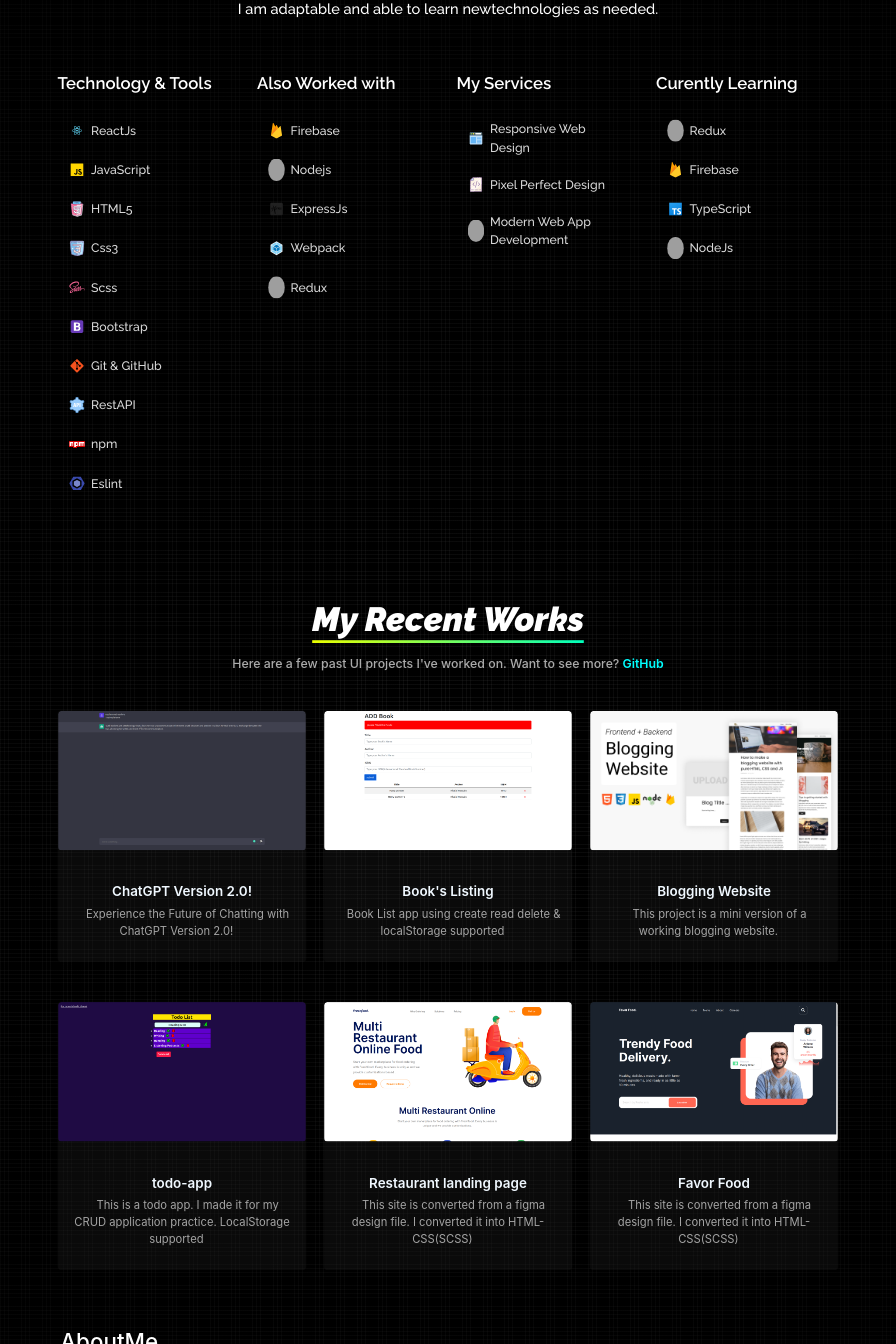
Repository: badhon252/my-portfolio
Page: /
The author's editor kept a copy of each file at every save. The page is drawn from the files as they stood at one save, then again after the next save.
The browser window is 1280 px wide. The pictures show the part of the page from y = 852 to 2772 px (the page is 3774 px tall), at 70% of full size.
The pointer rests on the first visible `.project__title__line`.
Pictures or frames that could not be fetched are drawn as grey boxes. Some web fonts or font styles are not loaded; a fallback is used. The project was rebuilt for these pictures with package versions that can differ from the ones it lists, and the page was loaded fresh each time.

Above is the page before, as saved 2023-02-14 20:33:56.

### public/index.html
<!DOCTYPE html>
<html lang="en">

<head>
    <meta charset="utf-8" />
    <meta name="viewport" content="width=device-width, initial-scale=1.0" />
    <meta name="theme-color" content="#000000" />
    <link rel=" stylesheet " href=" https://cdnjs.cloudflare.com/ajax/libs/font-awesome/6.2.1/css/all.min.css ">
    <!-- For google search engines  -->
    <meta name="google-site-verification" content="pFRaVUB3Vqtpp7CYJiHCBl35aQ6s2zmKJ89Zh2XF5rQ" />
    <meta name="description"
        content="I'm Khalid Hossain Badhon, I'm a experienced Frontend Web Application developer with more than 2years of hands on experienced. Front-end engineers, Front-end development, reactjs developer, javascript developer" />
    <!--  Bootstap== -->
    <link rel=" stylesheet " href=" https://cdn.jsdelivr.net/npm/bootstrap@5.3.0-alpha1/dist/css/bootstrap.min.css ">

    <!-- Google fonts  -->
    <link rel="stylesheet"
        href="https://fonts.googleapis.com/css2?family=Raleway:ital,wght@0,300;0,400;0,500;0,600;0,700;0,800;0,900;1,500;1,600;1,900&display=swap">

    <title>Khalid Hossain Badhon | Frontend Developer</title>
</head>

<body>
    <div id="root"></div>

    <script src=" https://cdn.jsdelivr.net/npm/bootstrap@5.3.0-alpha1/dist/js/bootstrap.bundle.min.js "></script>
    <!-- <script src=" https://platform.linkedin.com/badges/js/profile.js " async defer type=" text/javascript "></script> -->

</body>

</html>

### src/index.css
* {
    margin: 0;
    padding: 0;
    box-sizing: border-box;
}

html {
    --scrollbarBG: #2f2f2f;
    --thumbBG: #808080;
}

body {
    margin: 0;
    font-family: -apple-system, BlinkMacSystemFont, 'Segoe UI', 'Roboto', 'Oxygen', 'Ubuntu', 'Cantarell', 'Fira Sans', 'Droid Sans', 'Helvetica Neue', sans-serif;
    -webkit-font-smoothing: antialiased;
    -moz-osx-font-smoothing: grayscale;
    background-color: #000000;
    background-image: radial-gradient(circle at center center, transparent 0%, rgb(0, 0, 0) 99%), repeating-linear-gradient(0deg, rgba(163, 163, 163, 0.07) 0px, rgba(163, 163, 163, 0.07) 1px, transparent 1px, transparent 6px), repeating-linear-gradient(90deg, rgba(163, 163, 163, 0.07) 0px, rgba(163, 163, 163, 0.07) 1px, transparent 1px, transparent 6px), linear-gradient(90deg, rgb(0, 0, 0), rgb(0, 0, 0));
    color: #ffffff;
    scrollbar-width: thin;
    scrollbar-color: var(--thumbBG) var(--scrollbarBG);
}

body::-webkit-scrollbar {
    width: 12px;
}

body::-webkit-scrollbar-track {
    background: var(--scrollbarBG);
}

body::-webkit-scrollbar-thumb {
    background-color: var(--thumbBG);
    border-radius: 6px;
    border: 3px solid var(--scrollbarBG);
}

### src/Components/Home/Home.jsx
import AboutMe from "./AboutMe/AboutMe";
// import Footer from "./Footer/Footer";
import Header from "./Header/Header";
import Projects from "./Project/Projects";
import Skill from "./Skill/Skill";


export default function Home() {
  return (
    <div id="home">
        <Header />
        <Skill/>
        <Projects/>
        <AboutMe/>
        {/* <Footer/> */}

    </div>
  )
}

### src/Components/Home/Header/Header.jsx
import React from 'react'
import HeaderContent from './HeaderContent/HeaderContent'
import Navbar from './Navbar/Navbar'
import Classes from './Header.module.css'

export default function Header() {
  return (
    <header className={Classes.header}>
      <Navbar/>
      <HeaderContent/>
    </header>
  )
}

### src/Components/Home/Skill/Skill.jsx
import "./Skill.css"
import SkillSet from "./SkillSet";
const SkillEfficiency = () => {
    return (
       <section id="skill" >
        <div className="container">
            <div className="d-flex justify-content-center">
                    <h1 className="skillSet__title"> My Skills Set </h1>
            </div>
            <div className="skillSet__title__line">
                <div className="skillSet__title__line__inner">
                    I'm a experienced Frontend Web Application developer with more than 2 years of hands on experience. <br />
                    I am adaptable and able to learn newtechnologies as needed.
                </div>
            </div>
            <SkillSet/>
        </div>
       </section>
    );
}

export default SkillEfficiency;

### src/Components/Home/AboutMe/AboutMe.css
#about {
    padding: 2rem 1rem;
    min-height: 100vh;
}

#about p {
    font-size: 1.2em;
    font-weight: 500;
    margin-bottom: 1rem;
    color: rgba(255, 255, 255, 0.568);
    line-height: 1.3;
    letter-spacing: -1px;
}

#about h1 {
    color: #fcfcfc;
    font-size: 2.5em;
}

#about p:hover {
    color: #fcfcfc;
    cursor: text;
}

.aboutMe_titile::after {
    content: "";
    display: block;
    position: relative;
    top: -13px;
    width: 30vw;
    height: 1px;
    margin-left: 200px;
    background-color: rgba(9, 250, 227, 0.63);
}


/* Hometown ======== */

.homeTown_title {
    font-size: 1.3em;
    font-weight: 600;
    color: aquamarine;
    font-weight: 600;
}


/* .homeTown_title i {
    color: rgb(255, 255, 255);
    font-size: 1.2rem;
    width: 100%;
} */


/* edu ========== */

.crt_title,
.edu_title {
    font-size: 1.3em;
    font-weight: 600;
    color: aquamarine;
}

#about h4 {
    font-size: 1em;
    font-weight: 500;
    color: rgb(206, 255, 239);
    line-height: 1.5;
}

#about h4 span {
    color: rgb(88, 126, 111);
}

#about h4 span:hover {
    color: rgb(255, 255, 255);
}

#about h4 a {
    color: rgb(88, 126, 111);
    text-decoration: none;
}

### src/Components/Home/Header/HeaderContent/HeaderContent.jsx
import Badhon from "../../../../Assets/Images/badhon-color.png";
import HeroSection from './HeroSection'
import Classes from "./Header.module.css";

export default function HeaderContent() {
  return (
      <div className="container" >
        <div className={Classes.headerContainer}>

          <div className="row my-5" >
              <div className="col-md-4">
                <img src={Badhon} alt="Badhon" className="img-fluid w-100 px-2" />
              </div>
              <div className="col-md-8 py-5 d-flex flex-column">
                <HeroSection />
              </div>
          </div>
        </div>
      </div>
  )
}

### src/Components/Home/Header/Navbar/Navbar.jsx
import "./Navs/Navs.css"
import "./Navbar.css"
import Nav from './Navs/Nav/Nav'
// import NavbarBrand from './NavbarBrand/NavbarBrand'
// import LinkedIn from './Navs/LinkedIn/LinkedIn'
// import GitHub from './Navs/GitHub/Github'

export default function Navbar() {
  return (
    <div className='navBar borderBottom container-fluid'>
            <Nav/>
         {/* <div className='navBar'>
            <LinkedIn/>
            <GitHub/>
         </div> */}
    </div>
  )
}

### src/Components/Home/Header/Header.module.css
.header {
    color: aliceblue;
    padding: 0 1rem;
}

### src/Components/Home/Project/ProjectCard.jsx
import CardImgLink from "./Card_img__link"
import "./Projects.css"

export default function ProjectCard(props) {

  function stacks(){
    return props.stack.map((item, index) => {
      return <span className="stack" key={index}>#{item}</span>
    })
  }

  return (
    <div className="card my-1" id="card">
          <div className="card-img">
            <a href={props.preview} >
              <img src={props.img} className="card-img-top img-fluid" alt={props.title}/>
              <CardImgLink preview={props.preview} link={props.link}/>
            </a>
          </div>
        <div className="card-body">
          <div className="stacks">
             {stacks()}
          </div>

            <h5 className="card-title my-2">{props.title}</h5>
            <span className="card-text py-5 px-3">{props.text}</span>

        </div>
    </div>
  )
}

### src/Components/Home/Project/Projects.css
 #card {
     background-color: #2c2d2c3a;
     /* width: 18rem */
     overflow: hidden;
     color: aliceblue;
     position: relative;
     text-align: center;
     transition: .4s;
 }

 #card:hover {
     /* width: 18rem */
     overflow: hidden;
     text-align: center;
     box-shadow: 5px 5px 50px rgba(53, 255, 3, 0.193);
     transform: translateY(-25px);
 }

 #card:hover span {
     color: aliceblue;
 }

 .card-img {
     overflow: hidden;
 }

 .img-fluid {
     border-radius: 0%;
     width: 100%;
     height: 100%;
     object-fit: cover;
     object-position: center;
     transition: 0.5s;
 }

 #card:hover .card-img-top {
     border-radius: 0;
     transform: scale(1.1);
 }
 /* Path: src/Components/Home/Project/Projects.css */

 .project__title {
     color: rgba(255, 255, 255, 0.664);
     text-align: center;
 }

 .project__title-text h1 {
     font-family: 'Raleway', sans-serif;
     font-size: 3em;
     font-weight: 900;
     font-style: italic;
     margin-bottom: 1rem;
     color: #fff;
     margin-top: 70px;
     display: inline-block;
 }

 .project__title-text h1::after {
     content: "";
     display: block;
     height: 4px;
     transition: .5s;
     width: 0;
     background-image: linear-gradient(90deg, rgb(234, 255, 0) 0%, rgb(0, 255, 187) 100%);
 }

 #projects:hover .project__title-text h1::after {
     width: 100%;
 }

 .project__title__line {
     font-weight: 500;
     font-size: 1.1rem;
 }

 .project__title__line a {
     color: cyan;
     text-decoration: none;
     font-weight: 600;
 }

 .project__title__line a::after {
     content: "";
     display: block;
     height: 2px;
     transition: .5s;
     width: 0;
     background-image: linear-gradient(90deg, rgb(234, 255, 0) 0%, rgb(0, 255, 187) 100%);
 }

 .project__title__line:hover a::after .project__title__line a:hover {
     color: #1da5ff;
     text-decoration: underline;
 }

 .card_img__link {
     align-items: center;
     background-color: rgba(0, 0, 0, 0.332);
     border-radius: 5px;
     display: flex;
     justify-content: flex-end;
     position: absolute;
     right: 0;
     top: 0;
     bottom: 0;
     left: 0;
     transition: .5s;
     opacity: 0;
 }

 #card:hover .card_img__link {
     opacity: 1;
 }

 .card_img__link a {
     color: #dbdbdb;
     text-decoration: none;
     font-weight: 700;
     margin: 0 .5rem;
 }

 .card_img__link a:hover {
     color: #eae8ff;
     text-decoration: none;
     font-weight: 700;
 }

 .card_img__link i {
     color: #fff;
 }

 .card_img__link i:hover {
     color: rgb(0, 157, 255);
 }
 /* .githubIcon {
    right: 5px;
}

.redirect {
    max-width: 40px;
    margin-top: 6px;
    color: #0099ff;
} */

 .card-body {
     z-index: 111;
     padding-bottom: 2rem;
 }

 .card-body h5 {
     font-size: 1.2rem;
     font-weight: 600;
     margin: 0;
 }

 .card-body .stacks {
     margin: 0;
     opacity: 0;
     transition: 0.5s;
 }

 #card:hover .stacks {
     opacity: 1;
 }

 .card-body .stack {
     display: inline;
     font-size: .8rem;
     font-weight: 600;
     color: #ffffff;
     background-color: rgb(73, 73, 73);
     margin: .1rem;
     border-radius: 5px;
     text-align: left;
 }

 .card-text {
     color: #dbdbdbbb;
 }

 .card-text:hover {
     color: #eae8ff;
 }

### src/Components/Home/Skill/Skill.css
/* .skills {
    margin: 4rem 0 2rem 0;
    display: flex;
    justify-content: space-around;
    flex-wrap: wrap;
    gap: 2rem;
    height: 80vh;
    overflow: hidden;
} */

#skill {
    min-height: calc(100vh - 70px);
    font-family: 'Raleway', sans-serif;
}

.skillSet__title__text h2 {
    font-size: 1.5em;
    font-weight: 600;
    margin-bottom: 1rem;
    display: inline-block;
}

.skillSet__title__text h2::after {
    content: "";
    display: block;
    height: 4px;
    transition: .5s;
    width: 0;
    background: rgb(255, 14, 118);
}

.skillSet:hover .skillSet__title__text h2::after {
    width: 100%;
}

.skillSet li {
    list-style-type: none;
    margin: 0.5rem 1rem;
    color: #ffffffda;
    transition: .4s;
    display: flex;
    align-items: center;
    padding: .5rem 0;
    font-size: 1.1em;
    font-weight: 500
}

.skillSet li img {
    width: 1.5rem;
    margin-right: 0.5rem;
}

.skillSet:hover li {
    color: #ffffff;
    transform: translateY(-5px);
}

.skillSet:hover li img {
    transform: scale(1.2);
}


/* .skillSet:hover {
    background: linear-gradient(90deg, rgba(9, 255, 5, 0.5) 0%, rgba(255, 0, 0, 0.5) 100%);
    box-shadow: 0 0 10px 0 rgba(255, 255, 255, 0.5);
} */

.skillSet__title {
    font-weight: 900;
    font-style: italic;
    font-size: 3em;
    margin-top: 70px;
}

.skillSet__title::after {
    content: "";
    display: block;
    height: 4px;
    transition: .6s;
    width: 0;
    background: linear-gradient(202deg, rgb(5, 255, 1) 20%, rgb(255, 14, 118) 50%, rgb(0 4 255) 100%);
}

#skill:hover .skillSet__title::after {
    width: 100%;
}

.skillSet__title__line {
    font-size: 1.3rem;
    font-weight: 800;
    color: rgba(255, 255, 255, 0.63);
    text-align: center;
    margin: 1rem 0;
}

.skillSet__title__line__inner {
    font-family: 'Raleway', sans-serif;
    margin: 1.3em 0 3em 0;
    font-size: 1em;
    font-weight: 500;
    line-height: 1.5;
    color: #ffffff;
}

.skillSet {
    margin: 1rem 0;
}


/* Generated code  */


/* .wave-container {
    height: 40vh;
    background-color: #000000;
    position: relative;
}

.wave-container::before {
    content: "";
    width: 100%;
    height: 135px;
    position: absolute;
    bottom: -0.3%;
    left: 0;
    background-size: auto;
    background-repeat: repeat no-repeat;
    background-position: 54vw bottom;
    background-image: url("data:[embedded picture, 356 characters]");
}

@media(max-width:850px) {
    .wave-container::before {
        height: 67.5px
    }
} */

### src/Components/Home/Header/HeaderContent/HeroSection.jsx
import Classes from "./Header.module.css";
// import Name from "./Name";

export default function HeroSection() {
  return (
    <div className={Classes.heroSection}>
          <h2 className={Classes.h2}>Hi, I'm</h2>
          <h1 className={Classes.myName}>
            <span>
              Khalid Hossain.
            </span>
          </h1>
          {/* <Name/> */}
          <div className={Classes.bio}>
            I’m a <span>Frontend Developer with a constant desire to grow, learn, and explore the world!</span> Passionate about crafting intuitive and engaging user experiences,
            I am always looking for new challenges and opportunities to grow as an engineer.
          </div>

          <a className={Classes.resume} href="https://drive.google.com/file/d/1dNWfd7X8CYs_9THDZo58HHKVKzD8WfeY/view?usp=share_link" target="_blank" rel="noreferrer">
              See my Resume <i className="fa-solid fa-arrow-up-right-from-square"></i>
          </a>

    </div>
  );
}

### src/Components/Home/Header/Navbar/Navs/Navs.css
.flexRow {
    display: flex;
    justify-content: space-between;
    align-items: center;
    flex-wrap: wrap;
    gap: 2rem;
}

.me_1 {
    margin-right: 1rem;
}

img {
    width: 2rem;
    height: 2rem;
    border-radius: 50%;
}

.navbar-brand {
    /* background: #FFFF00;
    background: linear-gradient(to left, #FFFF00 0%, #05C1FF 50%, #FFFF00 100%);
    -webkit-background-clip: text;
    -webkit-text-fill-color: transparent; */
    color: aqua;
    font-size: 1.5rem;
    font-weight: 600;
    text-decoration: none;
    font-family: "Poppins", sans-serif;
}

### src/Components/Home/Header/Navbar/Navbar.css
.boxShadow {
    -webkit-box-shadow: 0px 22px 40px -37px rgba(255, 255, 255, 1);
    -moz-box-shadow: 0px 22px 40px -37px rgba(255, 255, 255, 1);
    box-shadow: 0px 22px 40px -37px rgba(255, 255, 255, 1);
}

.borderBottom {
    border-bottom: 1px solid #f6f6f612;
}

### src/Components/Home/Header/Navbar/Navs/Nav/Nav.jsx
import logo from "../../../../../../Assets/icons/logo.svg"
import SocialIcons from "../../../../Icons/SocialIcons"
import "./../Navs.css"
import "./Nav.css"

export default function Nav() {

  return (
    <nav className="navbar navbar-expand-lg">
      <div className="container-fluid">
        <a className="navbar-brand" href="#home">
          <img className="img-fluid" src={logo} alt="@badhon252" />
        </a>
        <button className="navbar-toggler" type="button" data-bs-toggle="collapse" data-bs-target="#navbarNav" aria-controls="navbarNav" aria-expanded="false" aria-label="Toggle navigation">
          <i className="fa-solid fa-bars"></i>
        </button>
        <div className="collapse navbar-collapse" id="navbarNav">
          <ul className="navbar-nav mx-auto">
            <li className="nav-item">
              <a className="nav-link" aria-current="page" href="#home"><i className="fa-solid fa-house"></i> Home</a>
            </li>
            <li className="nav-item">
              <a className="nav-link" href="#skill"><i className="fa-solid fa-code"></i> Expertise</a>
            </li>
            <li className="nav-item">
              <a className="nav-link" href="#projects"><i className="fa-solid fa-briefcase"></i> Projects</a>
            </li>
            <li className="nav-item">
                <a className="nav-link" href="#about"><i className="fa-solid fa-address-card"></i> About</a>
            </li>
            <li className="nav-item">
                <a className="nav-link" href="#contact"><i className="fa-solid fa-address-book"></i> Contact</a>
            </li>
          </ul>
          <div className="d-flex">
        <SocialIcons />
          </div>
        </div>
      </div>
    </nav>
  )
}

### src/Components/Home/Project/Card_img__link.jsx
// import githubIcon from "../../../Assests/icons/github.png"
// import redirect from "../../../Assests/icons/redirect.svg"
import "./Projects.css"
export default function Card_img__link(props) {

  return (
     <div className="card_img__link">
              <a href={props.link} target="_blank" rel="noreferrer" >
               <i className="fa-brands fa-github-alt"></i>
              </a>
              <a href={props.preview} target="_blank" rel="noreferrer" >
                  <i className="fa-solid fa-arrow-up-right-from-square redirect"></i>
              </a>

    </div>
  )
}

### src/Components/Home/Icons/SocialIcons.jsx
import "./SocialIcons.css"
import gmailIcon from "../../../Assets/icons/gmail.svg"

export default function SocialIcons() {
  return (
    <div className='icons'>
      <a href="mailto:dev.khalidhossain@gmail.com" target="_blank" rel="noreferrer">
         <img src={gmailIcon} alt="gmail" className="img-fluid" />
      </a>
      <a href="https://www.linkedin.com/in/khalidhossainbadhon/" target="_blank" rel="noreferrer">
         <i class="fa-brands fa-linkedin"></i>
      </a>
      <a href="https://github.com/badhon252" target="_blank" rel="noreferrer">
         <i class="fa-brands fa-github"></i>
      </a>
    </div>
  )
}

### src/Components/Home/Header/Navbar/Navs/Nav/Nav.css
.navBar {
    flex-wrap: wrap;
    position: fixed;
    top: 0;
    right: 0;
    left: 0;
    background-color: #000000dc;
    z-index: 1111111;
    text-align: center;
    box-sizing: border-box;
}

.navbar.navbar-expand-lg {
    padding: 0;
}

.navbar-nav {
    list-style-type: none;
    display: flex;
    justify-content: space-between;
}

.navbar-nav li a {
    text-decoration: none;
    color: rgba(255, 255, 255, 0.703);
    font-size: 1.1em;
    font-weight: 600;
    transition: all 0.3s ease-in-out;
    margin: 0 1rem;
}

.navbar-nav li a:hover {
    color: #ffffff;
}

.navbar-nav li a.active {
    color: #ff00fb;
}

.navbar-nav li a.active:hover {
    color: #f1f1f1;
}

.fa-brands,
.fab {
    font-weight: 400;
    font-size: 1.5rem;
    color: #fff;
}

.fa-bars {
    color: #fff;
}

.navbar-brand .img-fluid {
    max-width: 60px;
    max-height: 60px;
}

.navbar-brand:hover img {
    transform: scale(1.1);
}

.navbar-nav .nav-item .nav-link::after {
    content: "";
    display: block;
    height: 2px;
    width: 1.1em;
    background: #ff0672fc;
    transition: all 0.6s cubic-bezier(0.18, 0.89, 0.32, 1.28);
}

.navbar-nav .nav-item .nav-link:hover::after {
    width: 100%;
}

### src/Components/Home/Icons/SocialIcons.css
.icons {
    display: flex;
    align-items: center;
    box-sizing: border-box;
}

.icons a {
    max-height: 2.5rem;
    max-width: 2.5rem;
    padding: 8px;
    border-radius: 50%;
}

.icons a:hover {
    background-color: rgba(85, 85, 85, 0.402);
}

.icons a:nth-child(2) {
    margin: .5rem;
}

.fa-linkedin {
    color: #5dd4ff!important;
}

Loaded but not shown: src/index.js (common file); src/reportWebVitals.js (common file); src/App.js (11 lines, source omitted); src/Components/Home/Project/Projects.jsx (88 lines, source omitted); src/Components/Home/Skill/SkillSet.jsx (66 lines, source omitted); src/Components/Home/AboutMe/AboutMe.jsx (62 lines, source omitted); src/Components/Home/Header/HeaderContent/Header.module.css (160 lines, source omitted)

After the next save:
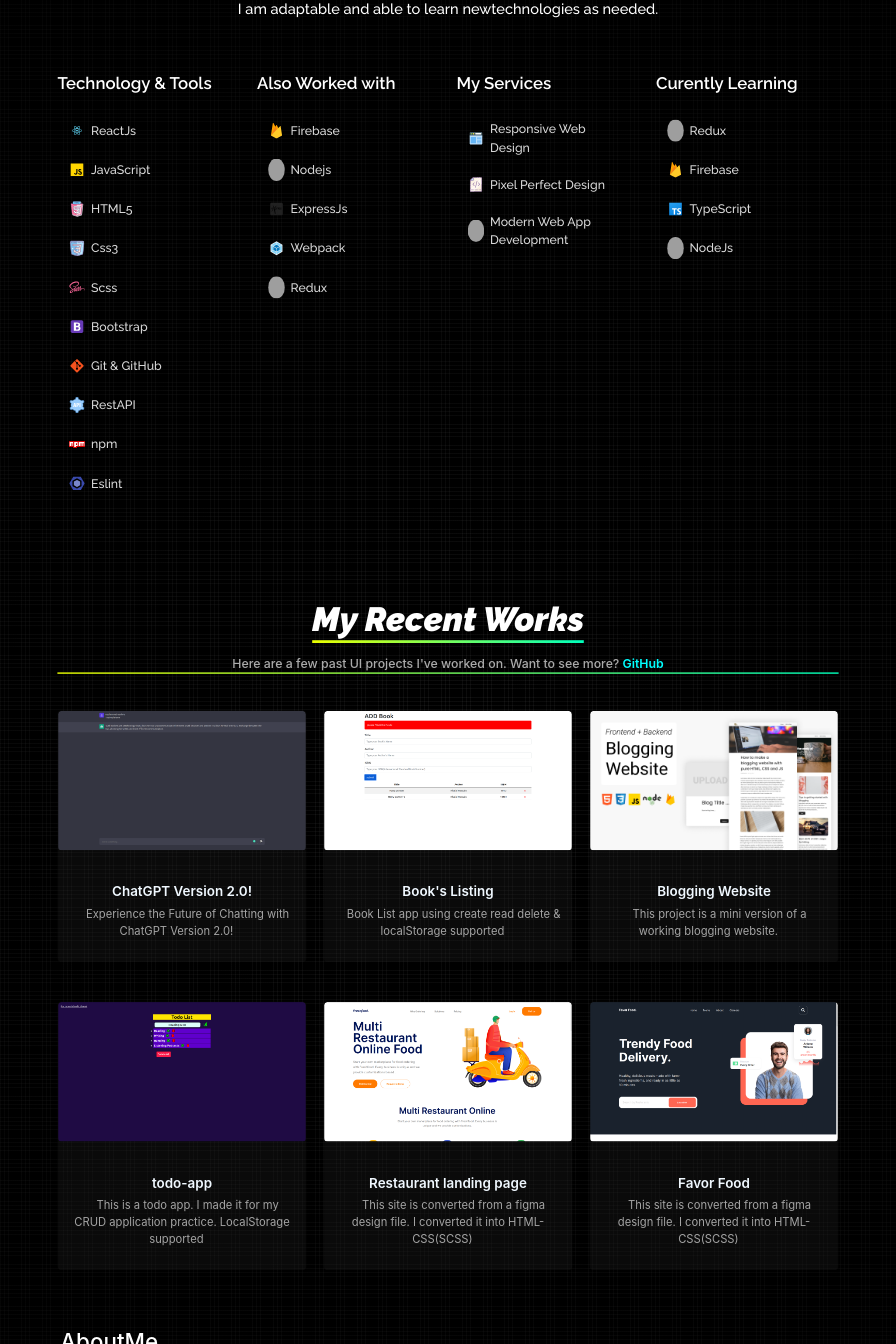
Saved 23 s later.
--- a/src/Components/Home/Project/Projects.css
+++ b/src/Components/Home/Project/Projects.css
@@ -88,7 +88,11 @@
      background-image: linear-gradient(90deg, rgb(234, 255, 0) 0%, rgb(0, 255, 187) 100%);
  }
 
- .project__title__line:hover a::after .project__title__line a:hover {
+ .project__title__line:hover a::after {
+     width: 100%;
+ }
+
+ .project__title__line a:hover {
      color: #1da5ff;
      text-decoration: underline;
  }
